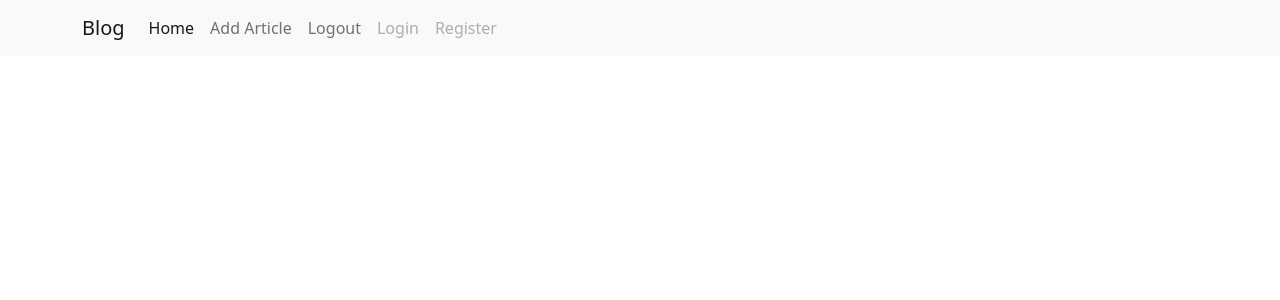
Repository: baothi/fontend
Page: /
The author's editor kept a copy of each file at every save. The page is drawn from the files as they stood at one save, then again after the next save.
The browser window is 1280 px wide. The pictures show the whole page.
The page's requests for data from a server got no answer. The project was rebuilt for these pictures with package versions that can differ from the ones it lists, and the page was loaded fresh each time. No one was signed in, and anything a server would have sent is missing. Also part of the build but not shown: src/App.css.

Above is the page before, as saved 2022-10-14 08:49:36.

After the next save:
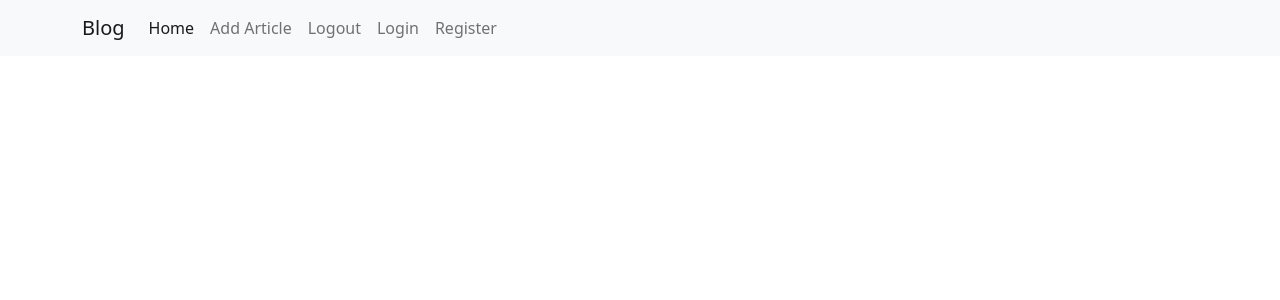
Saved 46 s later.
--- a/src/components/Navbar.js
+++ b/src/components/Navbar.js
@@ -21,10 +21,10 @@ function Navbar() {
           <a className="nav-link" href="#">Logout</a>
         </li>
         <li className="nav-item">
-          <a className="nav-link disabled" href="#" tabindex="-1" aria-disabled="true">Login</a>
+          <a className="nav-link" href="#" tabindex="-1" aria-disabled="true">Login</a>
         </li>
          <li className="nav-item">
-          <a className="nav-link disabled" href="#" tabindex="-1" aria-disabled="true">Register</a>
+          <a className="nav-link" href="#" tabindex="-1" aria-disabled="true">Register</a>
         </li>
       </ul>
     </div>
